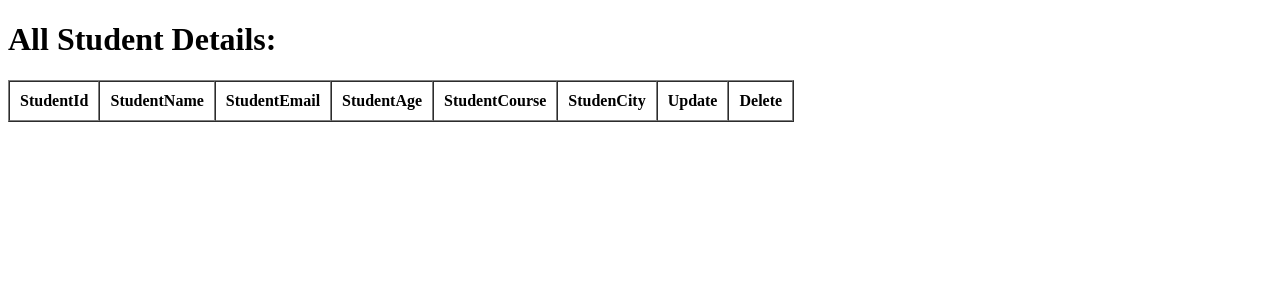
Repository: Dhirajkumar02/Advance-Java--J2EE-
Page: http://localhost/ServletProject_Student-Management-System/display-all-students
The author's editor kept a copy of each file at every save. The page is drawn from the files as they stood at one save, then again after the next save.
The browser window is 1280 px wide. The pictures show the whole page.
The page is served by Tomcat 9. Other server files are loaded and not shown. Queries for data that is not in the repository find no rows.

Above is the page before, as saved 2024-11-19 15:27:45.

### ServletProject_Student-Management-System/src/main/webapp/DisplayAllStudents.jsp
<%@page import="java.sql.ResultSet"%>
<%@ page language="java" contentType="text/html; charset=UTF-8"
	pageEncoding="UTF-8"%>
<!DOCTYPE html>
<html>
<head>
<meta charset="UTF-8">
<title>Student Details Page</title>
</head>
<body>
	<%
	ResultSet rs = (ResultSet) request.getAttribute("resultSet");
	%>

	<h1>All Student Details:</h1>

	<table border="1" cellspacing="0" cellpadding="10">
		<tr>
			<th>StudentId</th>
			<th>StudentName</th>
			<th>StudentEmail</th>
			<th>StudentAge</th>
			<th>StudentCourse</th>
			<th>StudenCity</th>
			<th>Update</th>
			<th>Delete</th>
		</tr>

		<%
		while(rs.next()){
		%>
		<tr>
			<td><%= rs.getInt(1) %></td>
			<td><%= rs.getString(2) %></td>
			<td><%= rs.getString(3) %></td>
			<td><%= rs.getInt(4) %></td>
			<td><%= rs.getString(5) %></td>
			<td><%= rs.getString(6) %></td>
			<td><a href="find-by-id?studentId=<%= rs.getInt(1) %>">UPDATE</a></td>
			<td><a href="delete-student?studentId=<%= rs.getInt(1) %>">DELETE</a></td>
		</tr>

		<%
		}
		%>
	</table>
</body>
</html>

### ServletProject_Student-Management-System/src/main/java/com/jsp/servlet/sms/DisplayAllStudentsServlet.java
package com.jsp.servlet.sms;

import java.io.IOException;
import java.io.PrintWriter;
import java.sql.Connection;
import java.sql.DriverManager;
import java.sql.PreparedStatement;
import java.sql.ResultSet;
import java.sql.SQLException;

import javax.servlet.RequestDispatcher;
import javax.servlet.ServletException;
import javax.servlet.annotation.WebServlet;
import javax.servlet.http.HttpServlet;
import javax.servlet.http.HttpServletRequest;
import javax.servlet.http.HttpServletResponse;

import com.mysql.cj.jdbc.Driver;

@WebServlet("/display-all-students")
public class DisplayAllStudentsServlet extends HttpServlet {
	@Override
	protected void doGet(HttpServletRequest req, HttpServletResponse resp) throws ServletException, IOException {

		Connection conn = null;
		PreparedStatement ps = null;
		ResultSet rs = null;
		try {
			Driver driver = new com.mysql.cj.jdbc.Driver();
			DriverManager.registerDriver(driver);
			conn = DriverManager.getConnection("jdbc:mysql://localhost:3306/servlet_student-management-system", "root",
					"DHIraj@2002");

			ps = conn.prepareStatement("SELECT * FROM student ");

			rs = ps.executeQuery();

			req.setAttribute("resultSet", rs);

			RequestDispatcher rd = req.getRequestDispatcher("DisplayAllStudents.jsp");
			rd.forward(req, resp);

		} catch (SQLException e) {

			e.printStackTrace();
		}finally {
			if(conn != null && ps != null && rs != null)
				try {
					conn.close();
					ps.close();
					rs.close();
				} catch (SQLException e) {
					e.printStackTrace();
				}

		}
	}
}

After the next save:
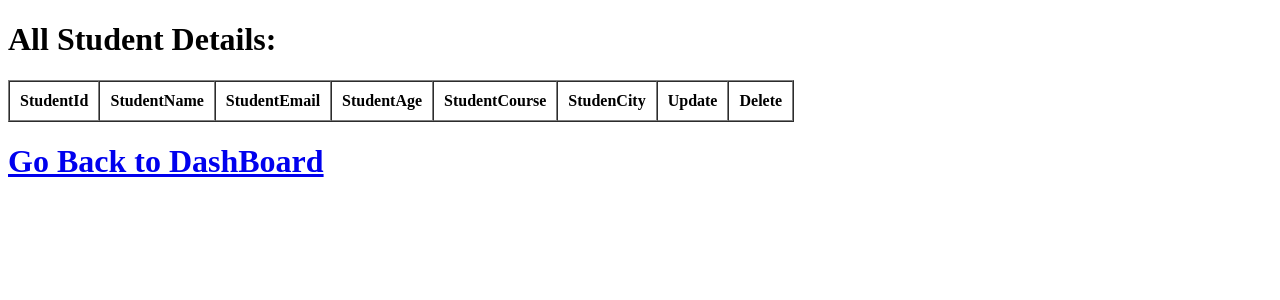
Saved 12 min 55 s later.
--- a/ServletProject_Student-Management-System/src/main/webapp/DisplayAllStudents.jsp
+++ b/ServletProject_Student-Management-System/src/main/webapp/DisplayAllStudents.jsp
@@ -44,5 +44,7 @@
 		}
 		%>
 	</table>
+
+	<h1><a href="index.jsp">Go Back to DashBoard</a></h1>
 </body>
 </html>
